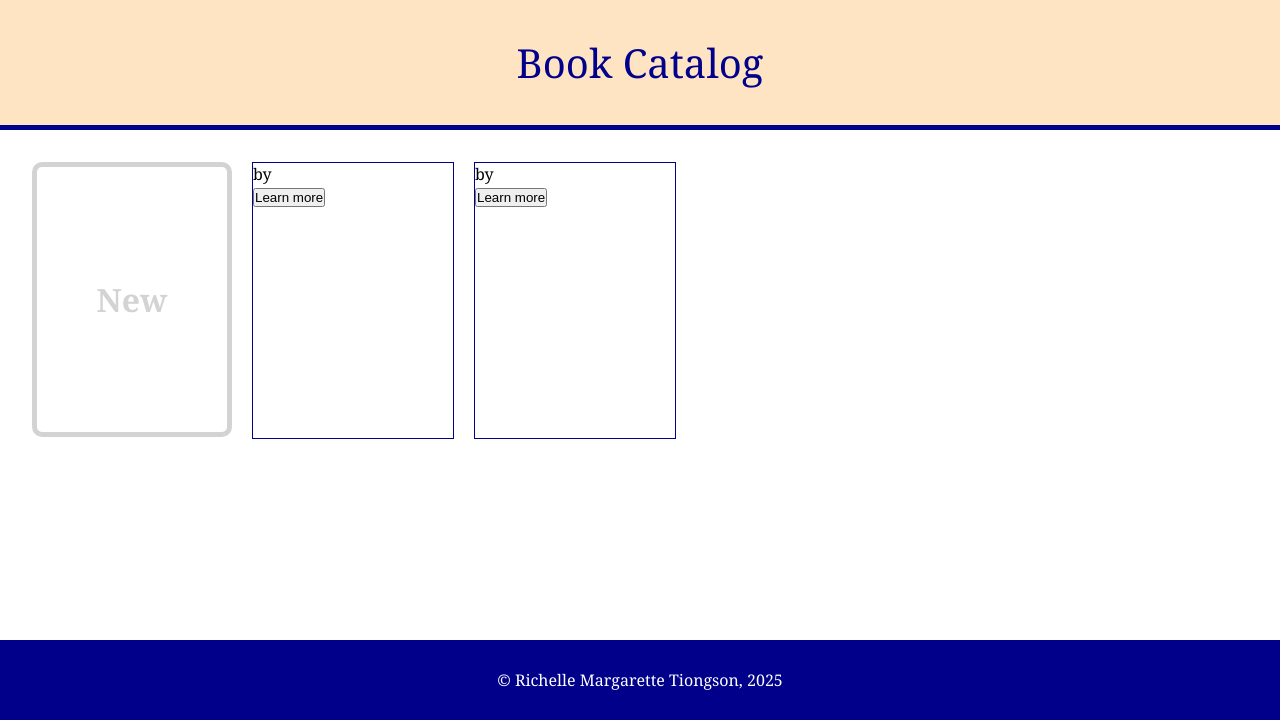
Repository: richelletiongson/comp3170_lab01
Page: /
An editor plug-in stored every save of this project. The page is shown before and after the next save, followed by the edit.
The browser window is 1280 px wide. The pictures show the whole page.
The project was rebuilt for these pictures with package versions that can differ from the ones it lists, and the page was loaded fresh each time. Also part of the build but not shown: vite.config.js.

Above is the page before, as saved 2025-09-14 00:18:32.

### index.html
<!doctype html>
<html lang="en">
  <head>
    <meta charset="UTF-8" />
    <link rel="stylesheet" href="src/index.css"/>
    <meta name="viewport" content="width=device-width, initial-scale=1.0" />
    <title>Book Catalog</title>
  </head>
  <body>
    <div id="root"></div>
    <script type="module" src="/src/main.jsx"></script>
  </body>
</html>

### src/index.css
* {
  margin: 0;
  padding: 0;
}

body {
  font-family: 'Georgia', 'Times New Roman', serif;
  height: 100vh;
  display: flex;
  flex-direction: column;
}

.app {
  display: flex;
  flex-direction: column;
  min-height: 100vh;
}

.header {
  background-color: bisque;
  height: 125px;
  display: flex;
  align-items: center;
  justify-content: center;
  border-bottom: 5px solid darkblue;
}

.header-title {
  color: darkblue;
  font-size: 2.5rem;
  font-weight: normal;
  text-align: center;
  margin: 0;
}

.book {
  border: solid 1px darkblue;
  height:275px;
  width:200px;
}

.new {
  border: solid 5px lightgray;
  border-radius: 10px;
  height:275px;
  width:200px;
  font-family: 'Georgia', 'Times New Roman', serif;
  background-color: #FFFFFF;
  color: lightgray;
  font-size: 32px;
  font-weight: bold;
}

.main-content {
  flex: 1;
  background-color: #FFFFFF;
  padding: 2rem;
}

.content {
  display: flex;
  flex-direction: row;
  justify-content:flex-start;
  gap: 20px;
}

.footer {
  background-color: darkblue;
  height: 80px;
  display: flex;
  align-items: center;
  justify-content: center;
}

.footer-text {
  color: #FFFFFF;
  font-size: 1rem;
  margin: 0;
  text-align: center;
}

### src/App.jsx

import './index.css'
import Book from './Book'

function App() {
  return (
    <div className="app">
      <header className="header">
        <h1 className="header-title">Book Catalog</h1>
      </header>

      <main className="main-content">
        <div className="content">
          <button className="new">New</button>
          <Book/>
          <Book/>
        </div>
      </main>

      <footer className="footer">
        <p className="footer-text">© Richelle Margarette Tiongson, 2025</p>
      </footer>
    </div>
  )
}

export default App

### src/Book.jsx
import './index.css'

function Book(props) {
    return (
        <div className="book">
            <image src={props.image}></image>
            <div>
                <p>by</p>
                <p>{props.author}</p>
            </div>
            <button>Learn more</button>
        </div>
    );
}

export default Book;

Loaded but not shown: src/main.jsx (common file)

After the next save:
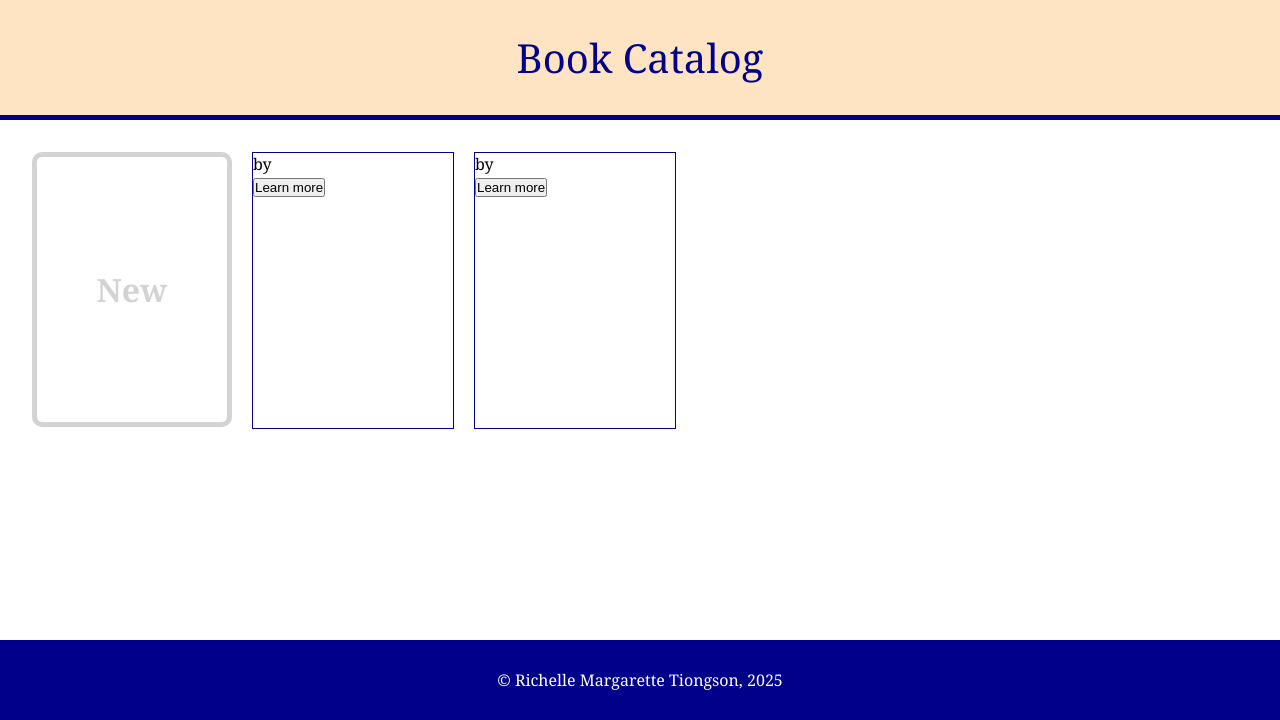
Saved 15 s later.
--- a/src/index.css
+++ b/src/index.css
@@ -18,7 +18,7 @@ body {
 
 .header {
   background-color: bisque;
-  height: 125px;
+  height: 115px;
   display: flex;
   align-items: center;
   justify-content: center;
